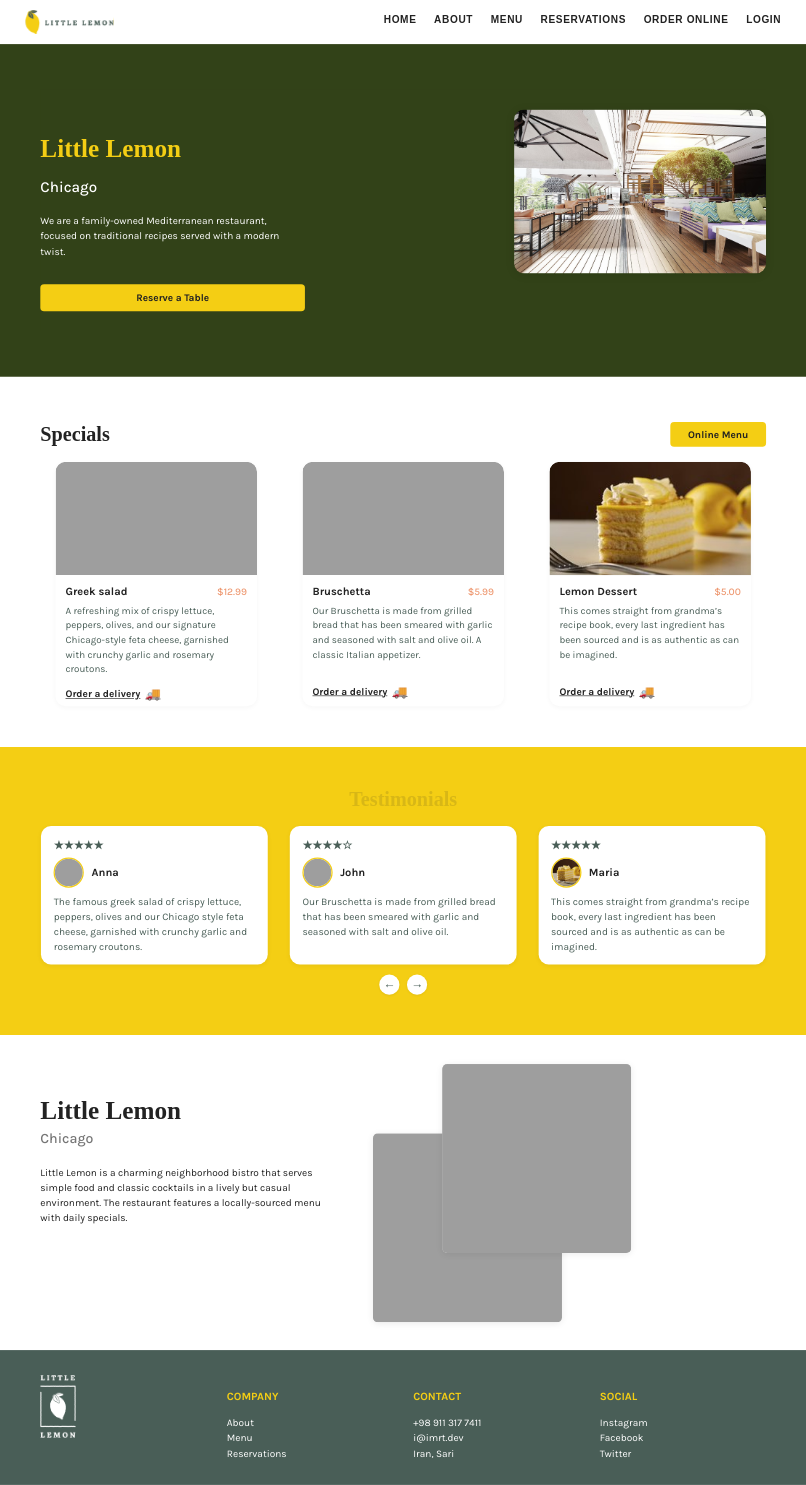
Repository: mrtseven/capstone-little-lemon-mrt
Page: /
The author's editor kept a copy of each file at every save. The page is drawn from the files as they stood at one save, then again after the next save.
The browser window is 1280 px wide. The pictures show the whole page, at 63% of full size.
Pictures or frames that could not be fetched are drawn as grey boxes. Some web fonts or font styles are not loaded; a fallback is used. The project was rebuilt for these pictures with package versions that can differ from the ones it lists, and the page was loaded fresh each time. Also part of the build but not shown: src/pages/About.jsx, src/pages/Menu.jsx, src/components/ReservationForm.jsx, src/bookingsAPI.js, src/components/ConfirmedReservation.jsx, src/pages/Reservations.jsx, src/pages/Order.jsx, src/pages/Login.jsx.

Above is the page before, as saved 2025-07-28 21:00:53.

After the next save:
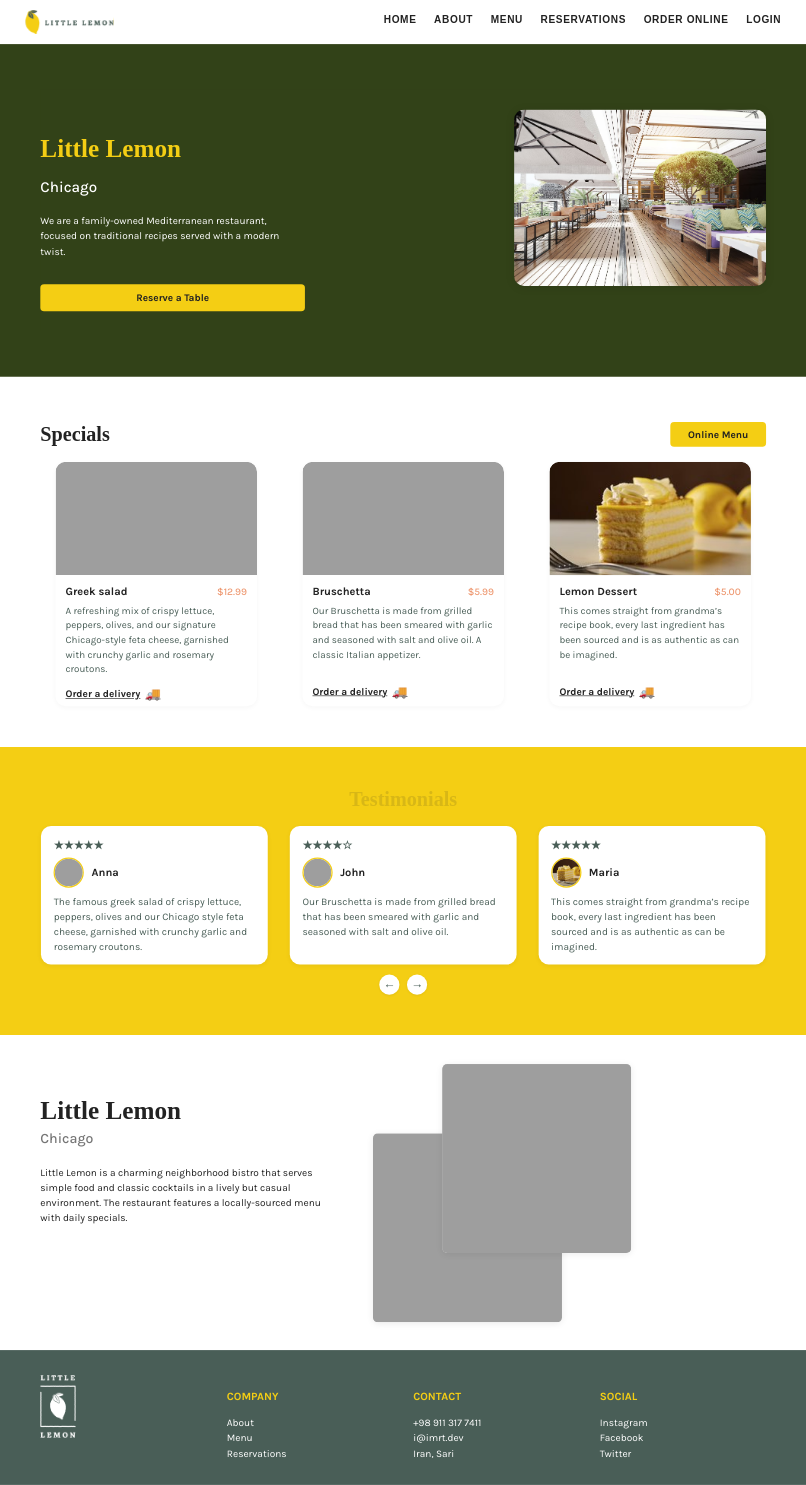
Saved 9 s later.
--- a/src/App.css
+++ b/src/App.css
@@ -336,7 +336,7 @@ p {
 }
 .hero-image {
   width: 400px;
-  height: 260px;
+  height: 280px;
   object-fit: cover;
   border-radius: 16px;
   box-shadow: 0 2px 16px rgba(0,0,0,0.10);
